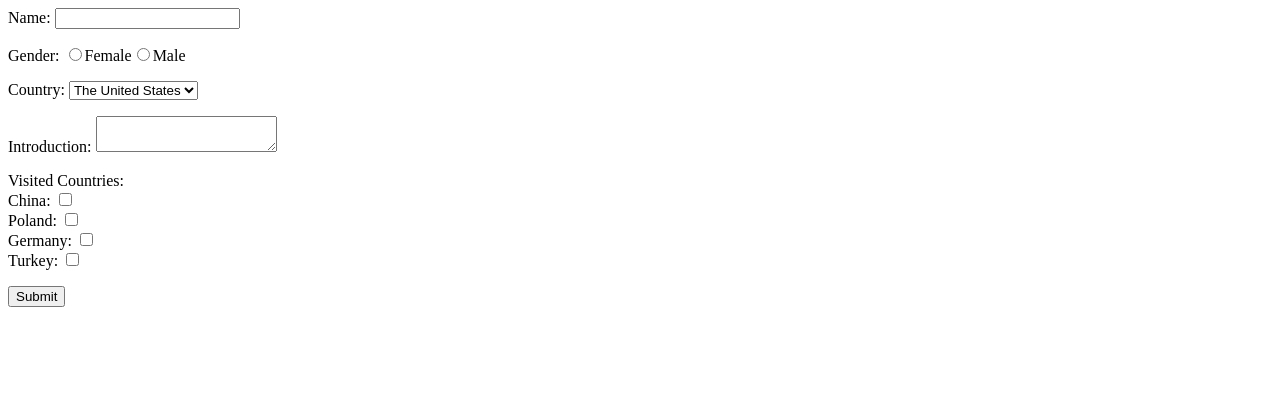
Repository: OtabekScarcro/spring-5
Page: http://localhost/S09L02-AddExternalResources/
These files come from the project's save history. The page is drawn as it stood at one moment and after the next save; the edit follows.
The browser window is 1280 px wide. The pictures show the whole page.
The page is served by Tomcat 9. The template is opened directly, without the code that normally fills it, so the values that code supplies are empty.

Above is the page before, as saved 2023-04-25 08:52:52.

After the next save:
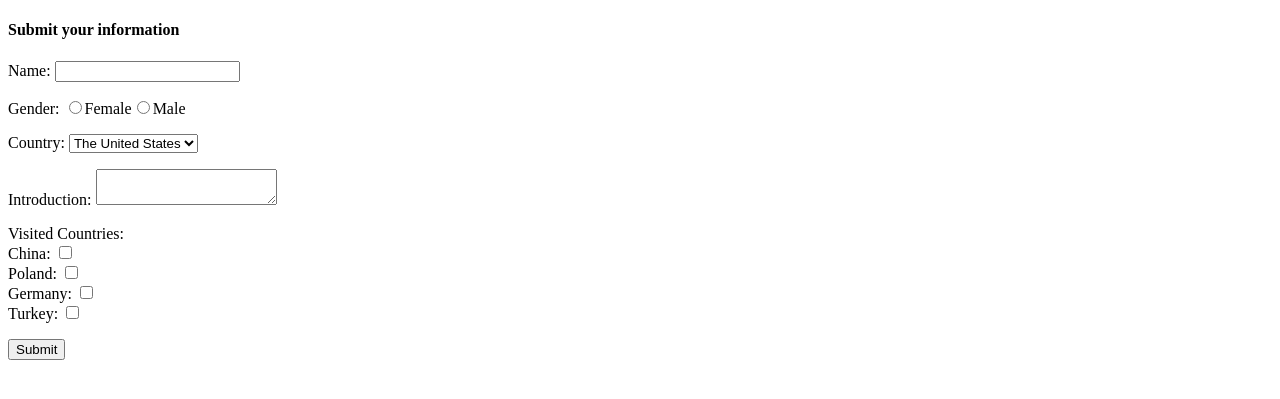
Saved 8 min 3 s later.
--- a/S09L02-AddExternalResources/src/main/webapp/view/userFormView.jsp
+++ b/S09L02-AddExternalResources/src/main/webapp/view/userFormView.jsp
@@ -9,6 +9,7 @@
 <title>User Form</title>
 </head>
 <body>
+<h4>Submit your information</h4>
 <form:form action="displayUserInfo" modelAttribute="user">
 	Name: <form:input path="name"/>
 	<p/>
